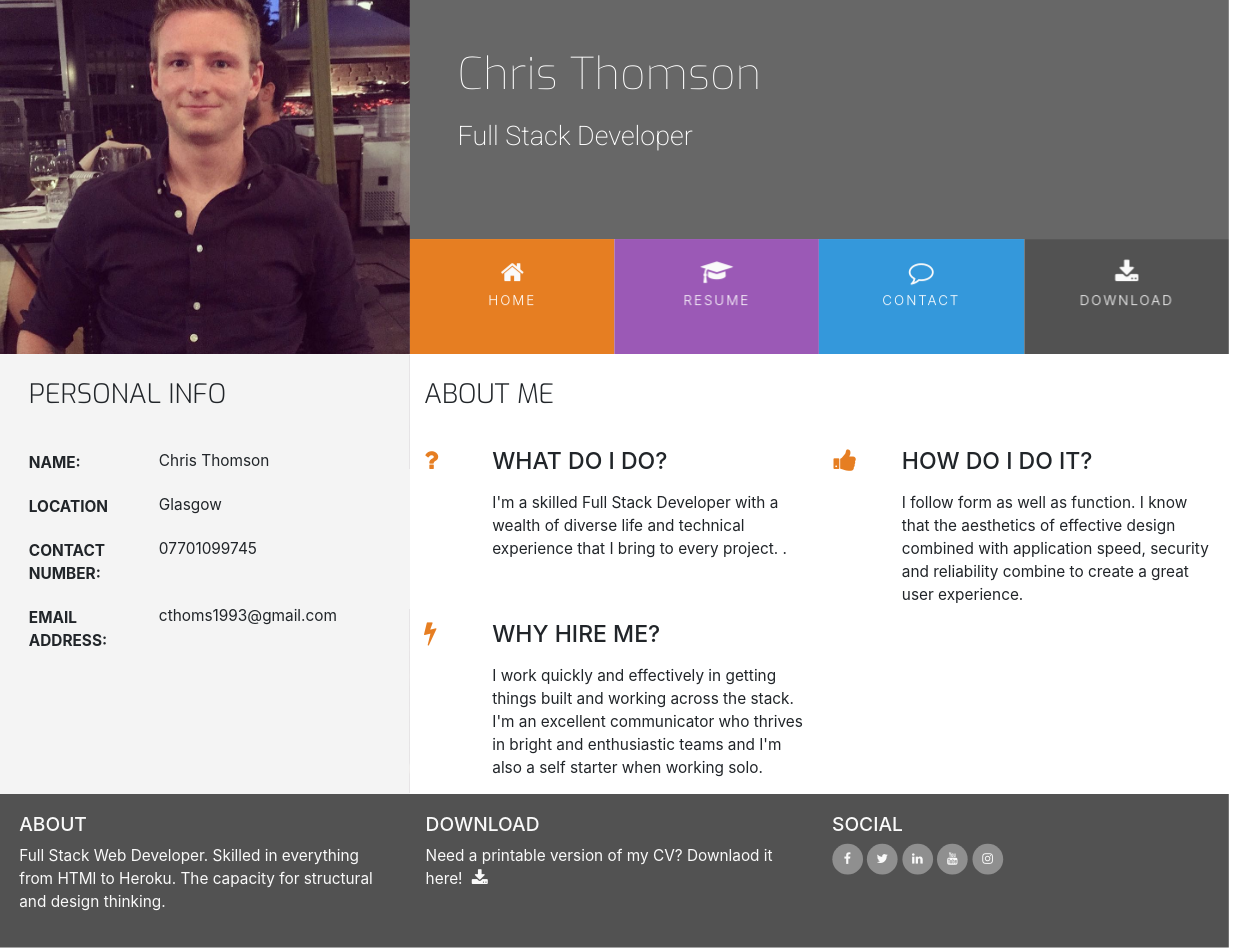
Repository: cthoms1993/Resume
Page: index.html
The author's editor kept a record of every edit. The page is drawn from the files as they stood at one moment, then again after the next edit.
The browser window is 1280 px wide. The page is 1295 px wide, so the pictures cover 1295 px, including what lies to the right of the window. The pictures show the whole page, at 96% of full size.

Above is the page before.

### index.html
<!DOCTYPE html>
<html lang="en-us">

<head>
    <meta charset="UTF-8">
    <meta name="viewport" content="width=device-width, initial-scale=1.0">
    <meta http-equiv="X-UA-Compatible" content="ie=edge">
    <link rel="stylesheet" href="https://stackpath.bootstrapcdn.com/bootstrap/4.3.1/css/bootstrap.min.css" type="text/css" />
    <link rel="stylesheet" href="https://stackpath.bootstrapcdn.com/font-awesome/4.7.0/css/font-awesome.min.css" type="text/css" />
    <link rel="stylesheet" href="https://cdnjs.cloudflare.com/ajax/libs/hover.css/2.3.1/css/hover-min.css" type="text/css" />
    <link rel="stylesheet" href="assets/css/style.css" type="text/css" />
    <title>Chris Thomson Resume</title>

</head>

<body>
    <header>
        <div class="row no-gutters">
            <a href="index.html" class="col-md-4 logo">

            </a>
            <div class="col-md-8">
                <div class="row no-gutters bg-color-name-title">
                    <div class="col heading">
                        <h1 class="name">Chris Thomson</h1>
                        <h2 class="title">Full Stack Developer</h2>
                    </div>
                </div>
                <div class="row no-gutters">
                    <div class="col">
                        <ul class="nav" class="list-inline menucontainer">
                            <li class="col-6 col-sm-3 ui-menu-color-home list-inline-item menuitem">
                                <a href="index.html" class="hvr-sweep-to-bottom"><i class="fa fa-home" aria-hidden="true"></i><span>Home</span></a>
                            </li>
                            <li class="col-6 col-sm-3 ui-menu-color-resume list-inline-item menuitem">
                                <a href="resume.html" class="hvr-sweep-to-bottom"><i class="fa fa-graduation-cap" aria-hidden="true"></i><span>Resume</span></a>
                            </li>
                            <li class="col-6 col-sm-3 ui-menu-color-contact list-inline-item menuitem">
                                <a href="contact.html" class="hvr-sweep-to-bottom"><i class="fa fa-comment-o" aria-hidden="true"></i><span>Contact</span></a>
                                <li class="col-6 col-sm-3 ui-menu-color-download list-inline-item menuitem">
                                    <a href="#" class="hvr-sweep-to-bottom"><i class="fa fa-download" aria-hidden="true"></i><span>Download</span></a>
                                </li>
                            </li>
                        </ul>
                    </div>
                </div>
            </div>
        </div>

    </header>
    <section class="container-fluid">
        <div class="row">
            <div class="col-md-4 bg-color-personal-info section-column">
                <div class="row">
                    <div class="col-12">
                        <h3 class="section-heading uppercase">Personal Info</h3>
                    </div>
                </div>
                <div class="personal-info-item">
                    <div class="key">
                        <p class="uppercase">
                            Name:
                        </p>
                    </div>
                    <div class="value">
                        <p>
                            Chris Thomson
                        </p>
                    </div>
                </div>
                 <div class="personal-info-item">
                    <div class="key">
                        <p class="uppercase">
                            Location
                        </p>
                    </div>
                    <div class="value">
                        <p>
                            Glasgow
                        </p>
                    </div>
                </div>
                 <div class="personal-info-item">
                    <div class="key">
                        <p class="uppercase">
                            contact number:
                        </p>
                    </div>
                    <div class="value">
                        <p>
                            07701099745
                        </p>
                    </div>
                </div>
                 <div class="personal-info-item">
                    <div class="key">
                        <p class="uppercase">
                            email address:
                        </p>
                    </div>
                    <div class="value">
                        <p>
                           cthoms1993@gmail.com
                        </p>
                    </div>
                </div>
            </div>
            <div class="col-md-8 bg-color-three-reasons ">
                <div class="row">
                    <div class="col">
                        <h3 class="section-heading uppercase">About Me</h3>
                    </div>
                </div>
                <div class="row">
                    <div class="col-10 offset-1 offset-sm-0 col-sm-4 col-md-6">
                        <div class="row">
                            <div class="col-2">
                                <i class="three-reasons-icon fa fa-question" arai-hidden="true"></i>
                            </div>
                            <div class="col-10">
                                <h4 class="three-reasons-heading uppercase">What do I do?</h4>
                                <p>I'm a skilled Full Stack Developer with a wealth of diverse life and technical experience that I bring to every project. .</p>
                            </div>
                        </div>
                    </div>
                    <div class="col-10 offset-1 offset-sm-0 col-sm-4 col-md-6">
                        <div class="row">
                            <div class="col-2">
                                <i class="three-reasons-icon fa fa-thumbs-up" arai-hidden="true"></i>
                            </div>
                            <div class="col-10">
                                <h4 class="three-reasons-heading uppercase">How do I do it?</h4>
                                <p>I follow form as well as function. I know that the aesthetics of effective design combined with application speed, security and reliability combine to create a great user experience.
                                </p>
                            </div>
                        </div>
                    </div>
                    <div class="col-10 offset-1 offset-sm-0 col-sm-4 col-md-6">
                        <div class="row">
                            <div class="col-2">
                                <i class="three-reasons-icon fa fa-bolt" aria-hidden="true"></i>
                            </div>
                            <div class="col-10">
                                <h4 class="three-reasons-heading uppercase">Why hire me?</h4>
                                <p>
                                    I work quickly and effectively in getting things built and working across the stack. I'm an excellent communicator who thrives in bright and enthusiastic teams and I'm also a self starter when working solo.
                                </p>
                            </div>
                        </div>
                    </div>
                </div>
            </div>
        </div>
    </section>
    <footer>
        <div id="footer-details" class="row">
            <div class="col-sm-4">
                <h5 class="uppercase general-sub">About</h5>
                <p class="inline-block">Full Stack Web Developer. Skilled in everything from HTMl to Heroku. The capacity for structural and design thinking.</p>
            </div>
            <div class="col-sm-4">
                <h5 class="uppercase general-sub">Download</h5>
                <p class="inline-block">Need a printable version of my CV? Downlaod it here!
                    <a href="#" target="_blank" class="cv-pdf">
                    <i class="fa fa-download" aria-hidden="true"></i>
                    <span class="sr-only">Download link.</span>
                </a>
                </p>
            </div>
            <div class="col-sm-4">
                <h5 class="uppercase general-sub">Social</h5>
                <ul class="list-inline social-links">
                    <li class="list-inline-item">
                        <a target="_blank" href="#">
                            <i class="fa fa-facebook" aria-hidden="true">
                            <span class="sr-only">Facebook</span></i>
                        </a>
                    </li>
                    <li class="list-inline-item">
                        <a target="_blank" href="#">
                            <i class="fa fa-twitter" aria-hidden="true"></i>
                            <span class="sr-only">Twitter</span>
                        </a>
                    </li>
                    <li class="list-inline-item">
                        <a target="_blank" href="#">
                            <i class="fa fa-linkedin" aria-hidden="true"></i>
                            <span class="sr-only">Linkedin</span>
                        </a>
                    </li>
                    <li class="list-inline-item">
                        <a target="_blank" href="#">
                            <i class="fa fa-youtube" aria-hidden="true"></i>
                            <span class="sr-only">Youtube</span>
                        </a>
                    </li>
                    <li class="list-inline-item">
                        <a target="_blank" href="#">
                            <i class="fa fa-instagram" aria-hidden="true"></i>
                            <span class="sr-only">Instagram</span>
                        </a>
                    </li>
                </ul>
            </div>
    </footer>

</body>

</html>

### assets/css/style.css
@import url('https://fonts.googleapis.com/css?family=Roboto:100,200,300,400,500,600,700|Exo:100,200,300,400,500,600,700');
/*-------------------------Colours*/

.bg-color-name-title {
    background-color: #676767;
}


.bg-color-three-reasons {
    background-color: #fff;
}

.bg-color-personal-info {
    background-color: #f4f4f4;
}

.bg-color-work-history {
    background-color: #9b59b6;
}

.ui-menu-color-home {
    background-color: #e67e22;
}

.ui-menu-color-resume {
    background-color: #9b59b6;
}

.ui-menu-color-contact {
    background-color: #3498db;
}

.ui-menu-color-download {
    background-color: #525252;
}

.row-table {
    display: table;
}


.section-column {
    display: table-cell;
    padding: 0 30px 30px;
    float: none;
}


.section-heading {
    font: "exo", sans-serif;
    font-weight: 300;
    margin-top: 25px;
    margin-bottom: 40px;
}

/*-------------------------special margins padding and text.*/

h1,
h2,
h3,
h4 {
    margin: 0;
}

.uppercase {
    text-transform: uppercase;

}

.General-sub {
    font-family: "exo", sans-serif;
    font-weight: 300;
    color: #fafafa;
}

.inline-block {
    display: inline-block;
}

.row-table {
    display: table;
}

.section-column {
    display: table-cell;
    padding: 0 30px 30px;
    float: none;
}

.history-heading,
.section-heading {
    font-family: "Exo", sans-serif;
    font-weight: 300;
    margin-top: 25px;
    margin-bottom: 40px;
}

/*-------------------------heading*/

header {
    margin: 0;

}

.heading {
    margin-left: 50px;
}

.logo {
    background: url("../images/me.jpg");
    background-position: center;
    background-repeat: no-repeat;
    background-size: cover;
    min-height: 360px;
    transition: all .5s ease-in-out;
    -moz-transition: all .5s ease-in-out;
    -webkit-transition: all .5s ease-in-out;
}

.name {
    font-family: "exo", sans-serif;
    font-weight: 100;
    font-size: 46px;
    margin-top: 50px;
    color: #fff;

}

.title {
    font-family: "roboto", sans-serif;
    font-weight: 200;
    font-size: 28px;
    margin-top: 20px;
    margin-bottom: 90px;
    color: #fff;
}

.list-inline-item:not(:last-child) {
    margin: 0;
}

.menucontainer {
    font-size: 0;
}



#nav li {
    font-size: 14px;
    padding: 0;

}

#nav {
    margin: 0;
}

.menuitem {
    height: 120px;
    text-align: center;
    padding: 0;
}

.menuitem a {
    width: 100%;
    text-decoration: none;
    color: #fff;
    height: 120px;
}

.menuitem a i {
    padding-top: 22px;
    display: block;
    color: #fafafa;
    font-size: 26px;
}

.menuitem span {
    display: block;
    width: 100%;
    padding-top: 5px;
    text-align: center;
    text-transform: uppercase;
    font-size: 14px;
    font-weight: 300;
    letter-spacing: 2px;
}

/*-------------------------hover.css*/

.hvr-sweep-to-bottom:before {
    background-color: rgba(0, 0, 0, 0.2);
    height: 120px;

}

/*-------------------------footer*/

footer {
    background-color: #525252;
    color: #fafafa;
    min-height: 120px;
    margin: 0;

}

.cv-pdf i {
    font-size: 18px;
    color: #fafafa;
    text-align: center;
    padding-left: 5px;
    transition: all 0.35s ease-in-out;
    -moz-transition: all 0.35s ease-in-out;
    -webkit-transition: all 0.35s ease-in-out;
    -o-transition: all 0.35s ease-in-out;
}

.cv-pdf i:hover {
    color: #e84610;
}

.social-links {
    padding-bottom: 15px;
}

.social-links li a i {
    width: 32px;
    height: 32px;
    padding: 12px 0;
    border-radius: 50%;
    font-size: 13px;
    line-height: 7px;
    text-align: center;
    color: #fafafa;
    background: #8f8f8f;
    transition: all 0.35s ease-in-out;
    -moz-transition: all 0.35s ease-in-out;
    -webkit-transition: all 0.35s ease-in-out;
    -o-transition: all 0.35s ease-in-out;
}

.social-links li a i:hover {
    background: #e84610;
}

#footer-details {
    padding: 20px;
}

/*-------------------------Three-reasons*/

.three-reasons-icon {
    font-size: 26px;
    color: #e67e22;
}

.three-reasons-heading {
    margin-bottom: 15px;

}

/*-------------------------Personal info*/

.personal-info-item {
    margin-bottom: 20px;
    display: block;
    clear: both;

}

.personal-info-item .key,
.personal-info-item .value {
    padding-right: 8px;
    display: inline-block;
}

.personal-info-item .key p,
.personal-info-item .value p {
    margin: 0;
}

.personal-info-item .key {
    width: 30%;
    margin-right: 21px;
    padding-top: 2px;
    vertical-align: top;
}

.personal-info-item .key p {
    font-weight: 700;
}

.personal-info-item .value {
    position: relative;
    width: 60%;

}


/*-------------------------skills*/

.progess {
    position: relative;
    height: 25px;
    margin-bottom: 4px;

}

.progress-type {
    position: absolute;
    left: 0px;
    font-weight: 400;
    padding: 3px 30px 2px 10px;
    color: #fafafa;
    background-color: rgba(25, 25, 25, 0.2);
}

.progress-section {
    margin: 40px 20px;
}

/*-------------------------history*/

.history-heading {
    color: #fafafa;
    margin-bottom: 50px;

}

.timeline-item {
    padding: 4em 2em 0em 2em;
    position: relative;
    color: #fafafa;
    Border-left: 1px solid;

}

.timeline-item p {
    padding: 0;
    margin: 0;

}

.timeline-item:before {
    content: attr(data-dates);
    position: absolute;
    left:2.5em;
    top: 3em;
    display: block;
    font-family: "exo", sans-serif;
    font-weight: 500;
    font-size: 0.8em;
    padding: 0;
    margin: 0;

}

.timeline-item:after{
    width:12px;
    height:12px;
    display:block;
    top:2.4em;
    position:absolute;
    left:-6px;
    border-radius:12px;
    content:'';
    background:#fafafa;
}

.history-items{
    margin-bottom:30px;
}

After the next edit:
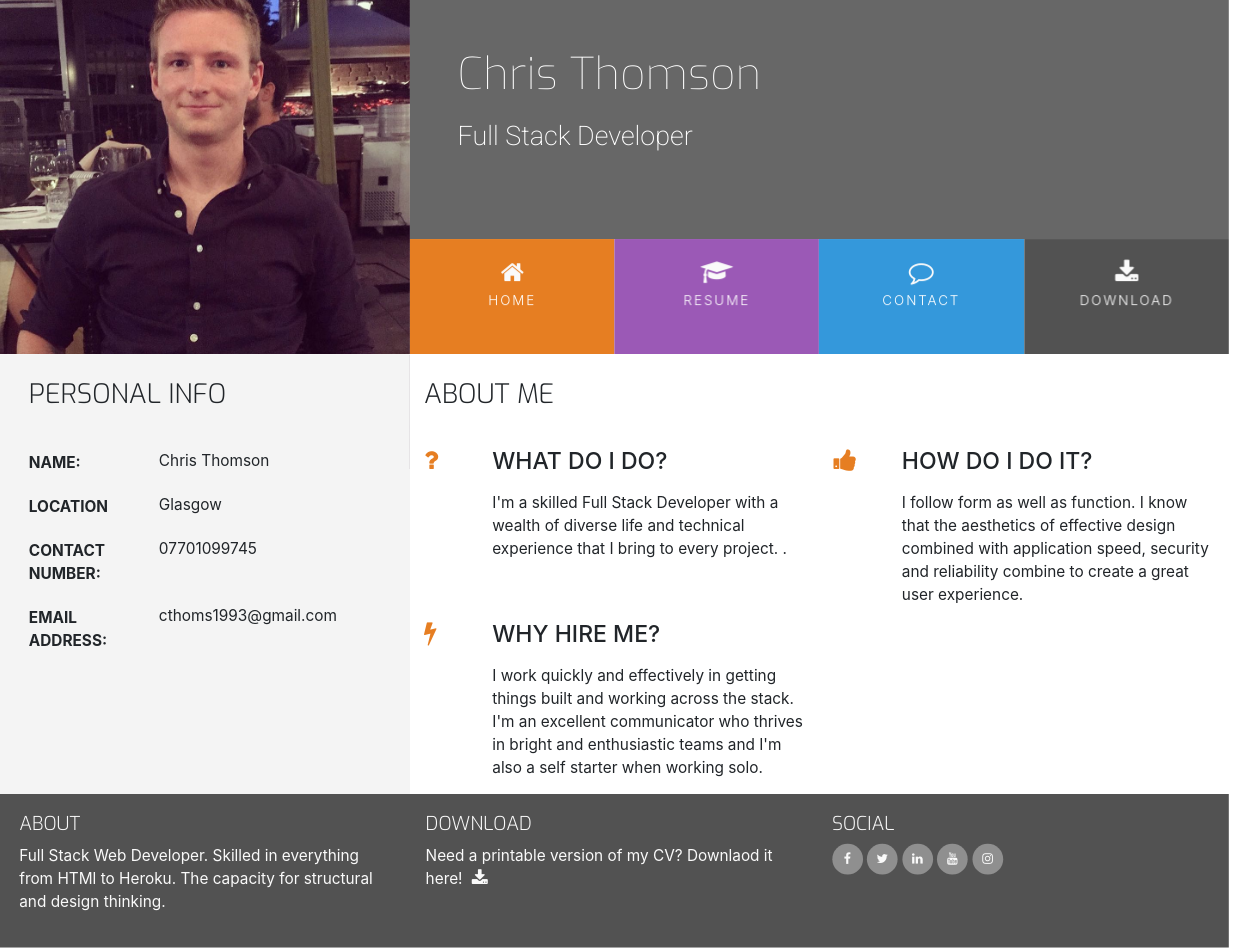
The edit:
--- a/assets/css/style.css
+++ b/assets/css/style.css
@@ -1,11 +1,11 @@
 @import url('https://fonts.googleapis.com/css?family=Roboto:100,200,300,400,500,600,700|Exo:100,200,300,400,500,600,700');
-/*-------------------------Colours*/
+
+/*--------------------------------------------Colors*/
 
 .bg-color-name-title {
     background-color: #676767;
 }
 
-
 .bg-color-three-reasons {
     background-color: #fff;
 }
@@ -37,7 +37,6 @@
 .row-table {
     display: table;
 }
-
 
 .section-column {
     display: table-cell;
@@ -45,15 +44,14 @@
     float: none;
 }
 
-
 .section-heading {
-    font: "exo", sans-serif;
+    font-family: "Exo", sans-serif;
     font-weight: 300;
     margin-top: 25px;
     margin-bottom: 40px;
 }
 
-/*-------------------------special margins padding and text.*/
+/* ----------------------------------------Special paddings/margins/text */
 
 h1,
 h2,
@@ -64,11 +62,10 @@
 
 .uppercase {
     text-transform: uppercase;
-
-}
-
-.General-sub {
-    font-family: "exo", sans-serif;
+}
+
+.general-sub {
+    font-family: "Exo", sans-serif;
     font-weight: 300;
     color: #fafafa;
 }
@@ -95,11 +92,10 @@
     margin-bottom: 40px;
 }
 
-/*-------------------------heading*/
+/*--------------------------------------------Heading*/
 
 header {
     margin: 0;
-
 }
 
 .heading {
@@ -118,16 +114,15 @@
 }
 
 .name {
-    font-family: "exo", sans-serif;
+    font-family: "Exo", sans-serif;
     font-weight: 100;
     font-size: 46px;
     margin-top: 50px;
     color: #fff;
-
 }
 
 .title {
-    font-family: "roboto", sans-serif;
+    font-family: "Roboto", sans-serif;
     font-weight: 200;
     font-size: 28px;
     margin-top: 20px;
@@ -143,12 +138,9 @@
     font-size: 0;
 }
 
-
-
 #nav li {
     font-size: 14px;
     padding: 0;
-
 }
 
 #nav {
@@ -186,22 +178,20 @@
     letter-spacing: 2px;
 }
 
-/*-------------------------hover.css*/
+/*--------------------------------------------Hover.css*/
 
 .hvr-sweep-to-bottom:before {
-    background-color: rgba(0, 0, 0, 0.2);
+    background: rgba(0, 0, 0, 0.2);
     height: 120px;
-
-}
-
-/*-------------------------footer*/
+}
+
+/* ----------------------------------------Footer */
 
 footer {
     background-color: #525252;
     color: #fafafa;
     min-height: 120px;
     margin: 0;
-
 }
 
 .cv-pdf i {
@@ -247,7 +237,7 @@
     padding: 20px;
 }
 
-/*-------------------------Three-reasons*/
+/* ----------------------------------------Three Reasons */
 
 .three-reasons-icon {
     font-size: 26px;
@@ -256,16 +246,14 @@
 
 .three-reasons-heading {
     margin-bottom: 15px;
-
-}
-
-/*-------------------------Personal info*/
+}
+
+/* ----------------------------------------Personal Info */
 
 .personal-info-item {
     margin-bottom: 20px;
     display: block;
     clear: both;
-
 }
 
 .personal-info-item .key,
@@ -293,17 +281,14 @@
 .personal-info-item .value {
     position: relative;
     width: 60%;
-
-}
-
-
-/*-------------------------skills*/
-
-.progess {
+}
+
+/* ----------------------------------------Skills */
+
+.progress {
     position: relative;
     height: 25px;
     margin-bottom: 4px;
-
 }
 
 .progress-type {
@@ -319,54 +304,50 @@
     margin: 40px 20px;
 }
 
-/*-------------------------history*/
+/* ----------------------------------------Work History */
 
 .history-heading {
     color: #fafafa;
     margin-bottom: 50px;
-
 }
 
 .timeline-item {
     padding: 4em 2em 0em 2em;
     position: relative;
     color: #fafafa;
-    Border-left: 1px solid;
-
+    border-left: 1px solid;
 }
 
 .timeline-item p {
     padding: 0;
     margin: 0;
-
 }
 
 .timeline-item:before {
     content: attr(data-dates);
     position: absolute;
-    left:2.5em;
+    left: 2.5em;
     top: 3em;
     display: block;
-    font-family: "exo", sans-serif;
+    font-family: "Exo", sans-serif;
     font-weight: 500;
     font-size: 0.8em;
     padding: 0;
     margin: 0;
-
-}
-
-.timeline-item:after{
-    width:12px;
-    height:12px;
-    display:block;
-    top:2.4em;
-    position:absolute;
-    left:-6px;
-    border-radius:12px;
-    content:'';
-    background:#fafafa;
-}
-
-.history-items{
-    margin-bottom:30px;
-}
+}
+
+.timeline-item:after {
+    width: 12px;
+    height: 12px;
+    display: block;
+    top: 2.4em;
+    position: absolute;
+    left: -6px;
+    border-radius: 12px;
+    content: '';
+    background: #fafafa;
+}
+
+.history-items {
+    margin-bottom: 30px;
+}
